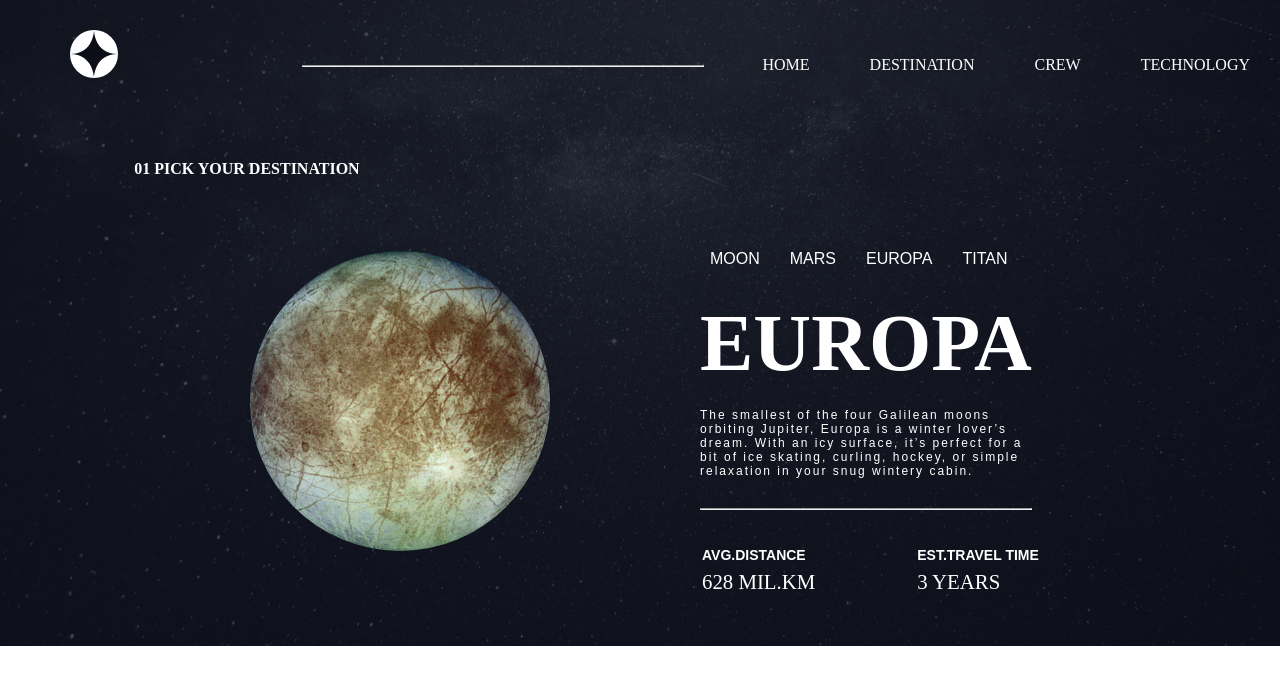
Repository: batonAnton/space_tourism
Page: europa.html
An editor plug-in stored every save of this project. The page is shown before and after the next save, followed by the edit.
The browser window is 1280 px wide. The pictures show the whole page.
Some web fonts or font styles are not loaded; a fallback is used.

Above is the page before, as saved 2022-05-20 14:42:29.

After the next save:
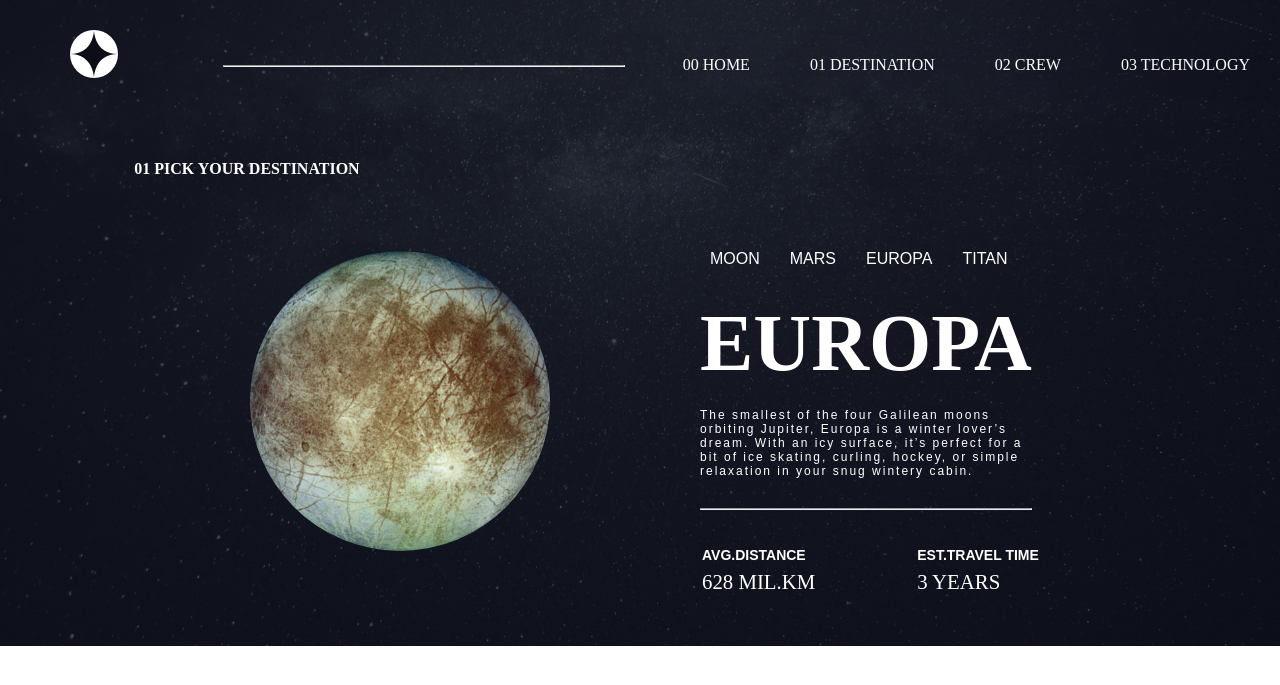
Saved 17 s later.
--- a/europa.html
+++ b/europa.html
@@ -34,10 +34,10 @@
                 <hr>
                     <ol>
 
-                        <li><a href="/index.html">home</a></li>
-                        <li><a href="/destination.html">destination</a></li>
-                        <li><a href="">crew</a></li>
-                        <li><a href="">technology</a></li>
+                        <li><a href="/index.html">00  home</a></li>
+                        <li><a href="/destination.html">01  destination</a></li>
+                        <li><a href="">02  crew</a></li>
+                        <li><a href="">03  technology</a></li>
 
                     </ol>
 
